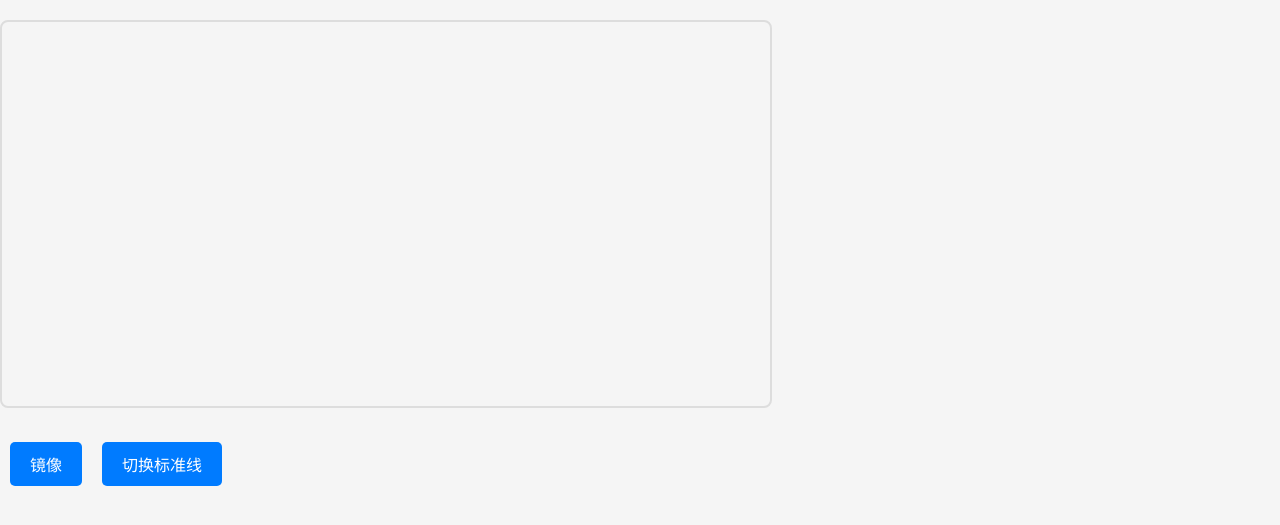
Repository: shasha333333/mirrorOnVue
Page: /
These files come from the project's save history. The page is drawn as it stood at one moment and after a run of saves; the edit follows.
The browser window is 1280 px wide. The pictures show the whole page.
The page's requests for data from a server got no answer. The project was rebuilt for these pictures with package versions that can differ from the ones it lists, and the page was loaded fresh each time. No one was signed in, and anything a server would have sent is missing. Also part of the build but not shown: vue.config.js.

Above is the page before, as saved 2024-11-18 20:59:10.

After the next 2 saves:
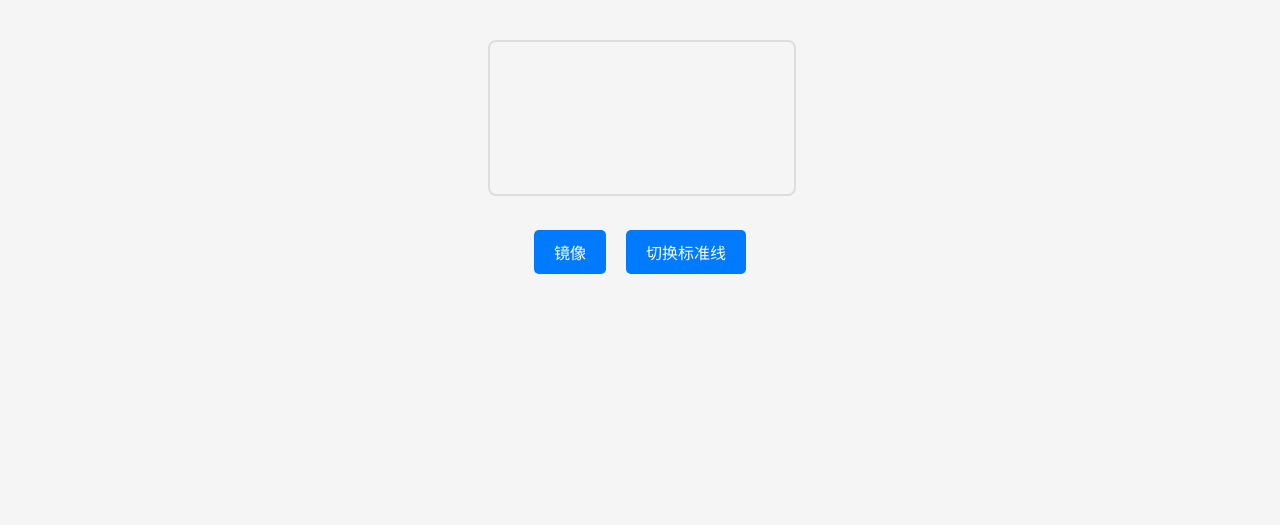
The 2 saves are shown as one change because 1 did not build or start.
The last was saved 92 s later.
--- a/src/components/CameraApp.vue
+++ b/src/components/CameraApp.vue
@@ -1,12 +1,12 @@
 <template>
-  <div class="camera-app">
+  <div class="camera-app" id="camera-app">
     <div class="camera-container">
       <video
-      ref="video"
-      :class="{ mirrored: isMirrored }"
-      autoplay
-      width="60%"
-      height="auto"
+        ref="video"
+        :class="{ mirrored: isMirrored }"
+        autoplay
+        width="100%"
+        height="auto"
       ></video>
       <!-- Canvas 用于绘制标准线 -->
       <canvas ref="canvas" class="overlay"></canvas>
@@ -32,6 +32,11 @@ export default {
       try {
         const stream = await navigator.mediaDevices.getUserMedia({ video: true });
         this.$refs.video.srcObject = stream;
+
+        // 等待视频加载后设置 canvas 尺寸
+        this.$refs.video.onloadedmetadata = () => {
+          this.drawLines();
+        };
       } catch (error) {
         console.error("无法访问摄像头:", error);
       }
@@ -73,10 +78,11 @@ export default {
         context.lineTo(canvas.width, canvas.height / 2);
         context.stroke();
 
-        // 你可以添加更多的标准线，如斜线或其他样式
+        // 可以添加更多的标准线样式，如斜线或其他
       }
     },
 
+    // 切换镜像效果
     toggleMirror() {
       this.isMirrored = !this.isMirrored; // 切换镜像状态
     },
@@ -104,14 +110,23 @@ export default {
   font-family: Arial, sans-serif;
   padding: 20px;
 }
+
+.camera-container {
+  position: relative;
+  display: inline-block;
+}
+
 video {
   border: 2px solid #ddd;
   border-radius: 8px;
   margin: 20px 0;
+  object-fit: cover;
 }
+
 .mirrored {
   transform: scaleX(-1); /* 实现镜像效果 */
 }
+
 button {
   margin: 10px;
   padding: 10px 20px;
@@ -122,6 +137,7 @@ button {
   border-radius: 5px;
   cursor: pointer;
 }
+
 button:hover {
   background-color: #0056b3;
 }
